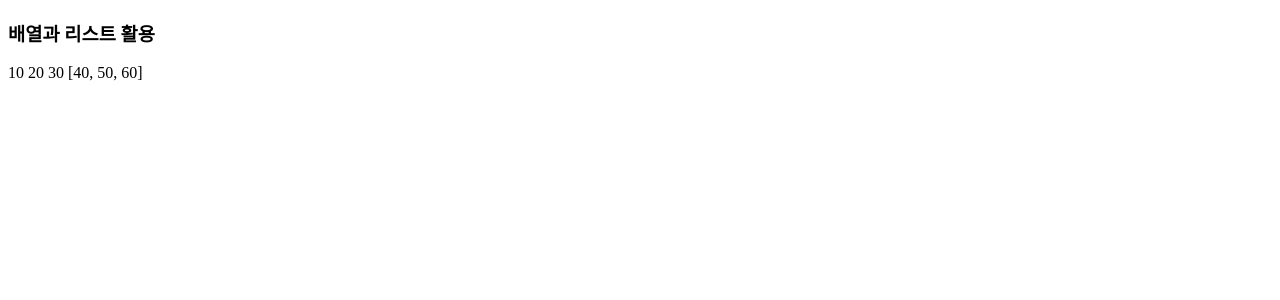
Repository: dbstjrals130/jspworks
Page: http://localhost/jwbook/ch01/scriptlet2.jsp
These files come from the project's save history. The page is drawn as it stood at one moment and after the next save; the edit follows.
The browser window is 1280 px wide. The pictures show the whole page.
The page is served by Tomcat 9.

Above is the page before, as saved 2023-11-20 02:45:23.

### jwbook/src/main/webapp/ch01/scriptlet2.jsp
<%@page import="java.util.ArrayList"%>
<%@page import="java.util.Arrays"%>
<%@ page language="java" contentType="text/html; charset=UTF-8"
    pageEncoding="UTF-8"%>
<!DOCTYPE html>
<html>
<head>
<meta charset="UTF-8">
<title>배열과 리스트 활용</title>
</head>
<body>
	<h3>배열과 리스트 활용</h3>
	<%
		//배열
		int[] arr = new int[] {10, 20, 30};
		for(int i=0; i<arr.length; i++) {
			out.println(arr[i]);
		}

		//Arrays 클래스
		int arr2[] = new int[]{40, 50, 60};
		out.println(Arrays.toString(arr2));

		//ArrayList 클래스
		ArrayList<String> cart = new ArrayList<>();
		cart.add("우유");
		cart.add("콩나물");
		cart.add("딸기잼");

		//향상 for문

	%>
</body>
</html>

After the next save:
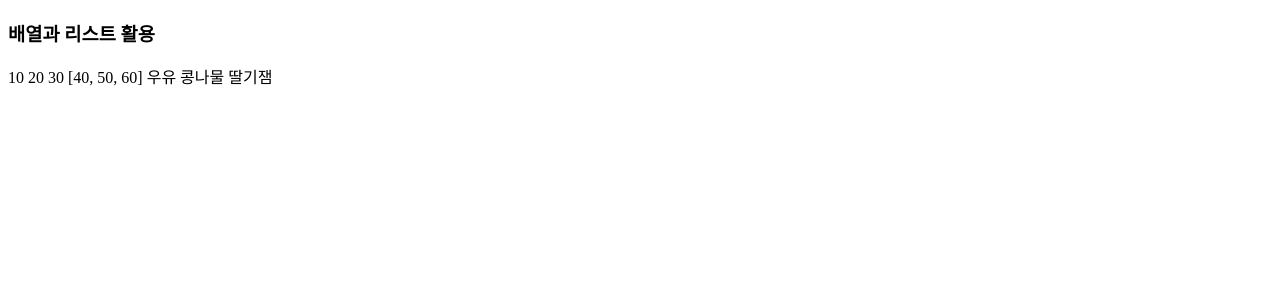
Saved 19 s later.
--- a/jwbook/src/main/webapp/ch01/scriptlet2.jsp
+++ b/jwbook/src/main/webapp/ch01/scriptlet2.jsp
@@ -28,6 +28,9 @@
 		cart.add("딸기잼");
 
 		//향상 for문
+		for(String c : cart){
+			out.println(c);
+		}
 
 	%>
 </body>
